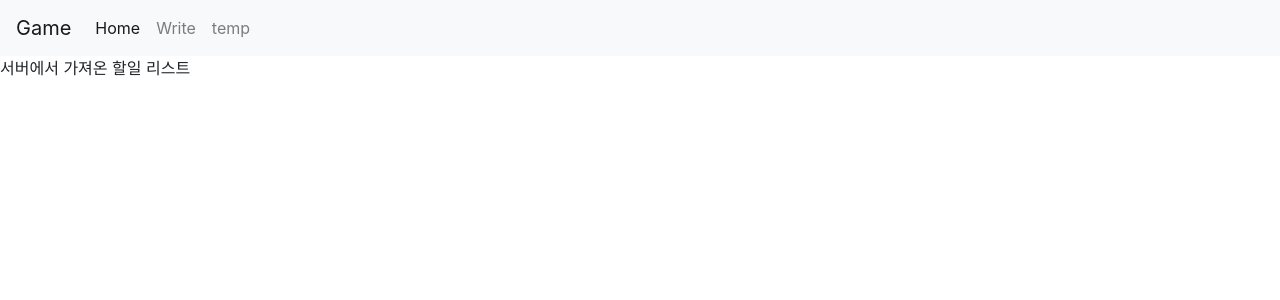
Repository: cyaninn-entj/Goorm-kdt-Project
Page: list.html
An editor plug-in stored every save of this project. The page is shown before and after a run of saves, followed by the edit.
The browser window is 1280 px wide. The pictures show the whole page.

Above is the page before, as saved 2022-11-18 02:16:58.

After the next 3 saves:
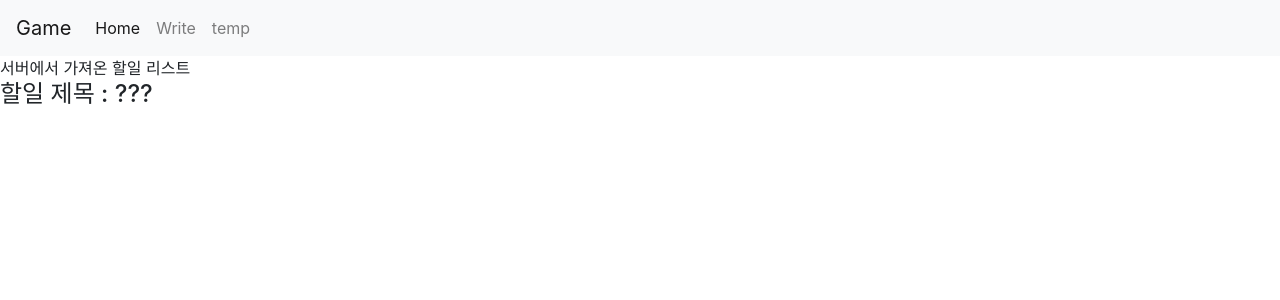
The 3 saves are shown as one change because they came seconds apart.
The last was saved 11 s later.
--- a/list.html
+++ b/list.html
@@ -39,8 +39,8 @@
 
 
 서버에서 가져온 할일 리스트
-<h4></h4>
-
+<h4>할일 제목 :  ???</h4>
+<p></p>
 
 
 
